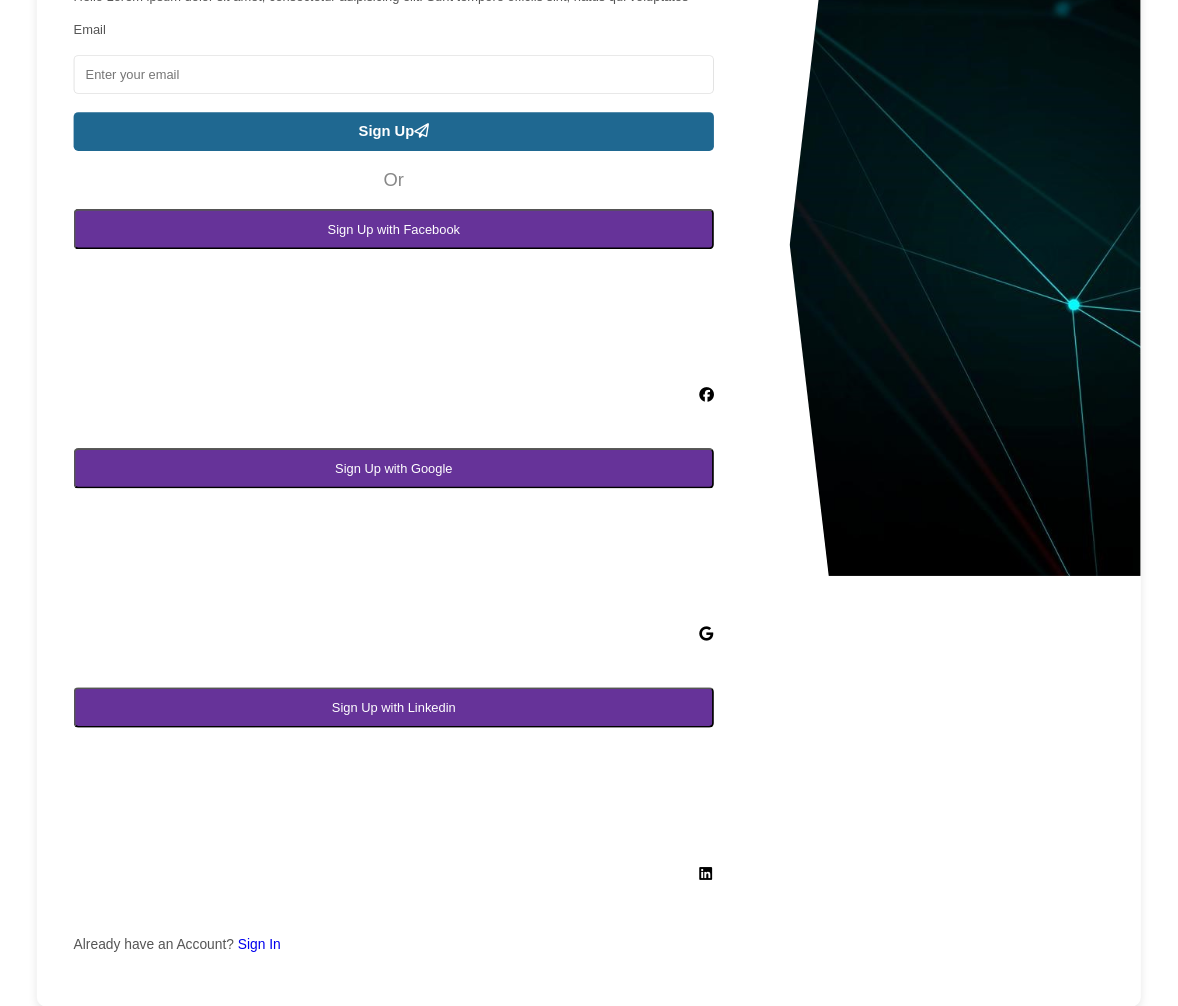
Repository: Femi007-gh/Login-V2
Page: index.html
These files come from the project's save history. The page is drawn as it stood at one moment and after the next save; the edit follows.
The browser window is 1280 px wide. The pictures show the whole page, at 92% of full size.

Above is the page before, as saved 2025-01-27 15:20:43.

After the next save:
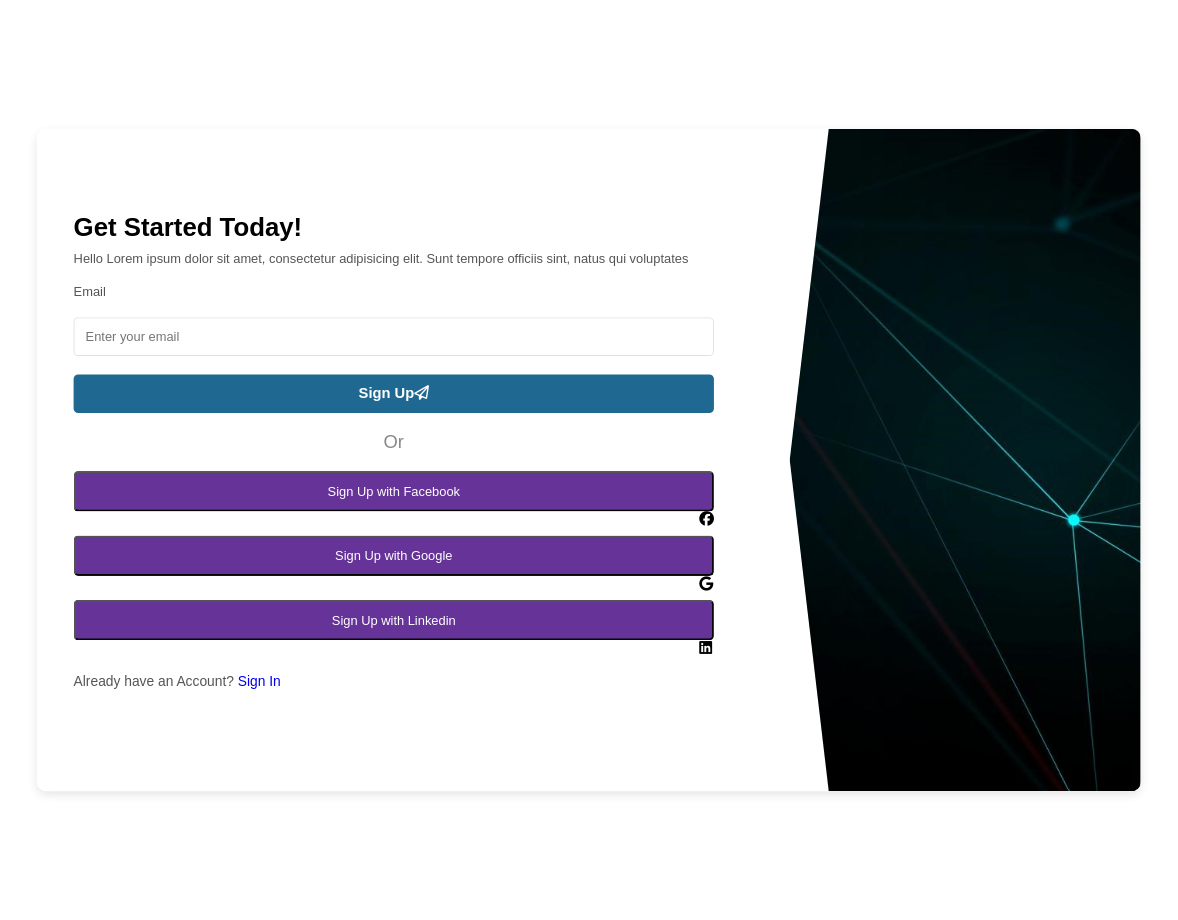
Saved 6 s later.
--- a/style.css
+++ b/style.css
@@ -114,6 +114,5 @@ p {
 
 .fa-brands {
   margin-left: 680px;
-  margin-bottom: 40px;
-  margin-top: 140px;
+  margin-top: -10px;
 }
